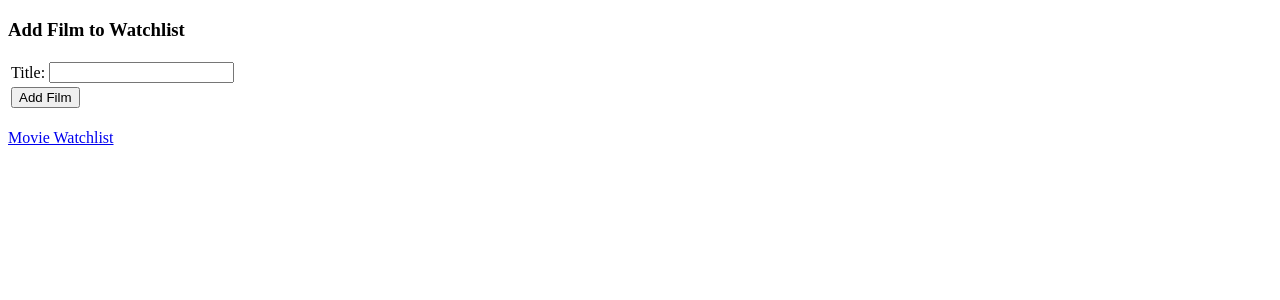
Repository: dannie-su-sjsu/CS157A-team6
Page: ToMovie/src/main/webapp/WEB-INF/html/AddFilm.html
An editor plug-in stored every save of this project. The page is shown before and after the next save, followed by the edit.
The browser window is 1280 px wide. The pictures show the whole page.

Above is the page before, as saved 2023-07-21 03:44:28.

### ToMovie/src/main/webapp/WEB-INF/html/AddFilm.html
<!DOCTYPE html>
<html>
<head>
<meta charset="UTF-8">
<title>Add Film</title>
</head>
<body>
	<h3>Add Film to Watchlist</h3>
	<form action ="SaveServlet" method="post">
		<table>
			<tr><td>Title:</td><td><input type="text" name="name"/></td></tr>
			<tr><td colspan="2"><input type="submit" value="Add Film"/></td></tr>
		</table>
	</form>
	<br>
	<a href ="MovieServlet.java">Movie Watchlist</a>
</body>
</html>

After the next save:
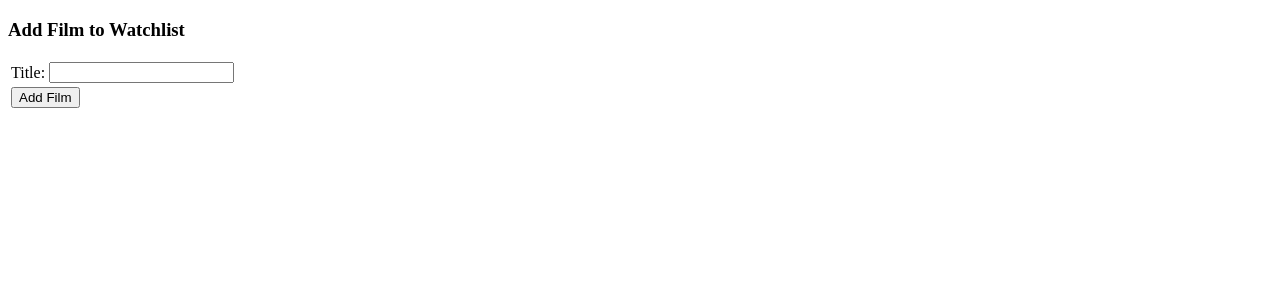
Saved 2 min 57 s later.
--- a/ToMovie/src/main/webapp/WEB-INF/html/AddFilm.html
+++ b/ToMovie/src/main/webapp/WEB-INF/html/AddFilm.html
@@ -13,6 +13,5 @@
 		</table>
 	</form>
 	<br>
-	<a href ="MovieServlet.java">Movie Watchlist</a>
 </body>
 </html>
